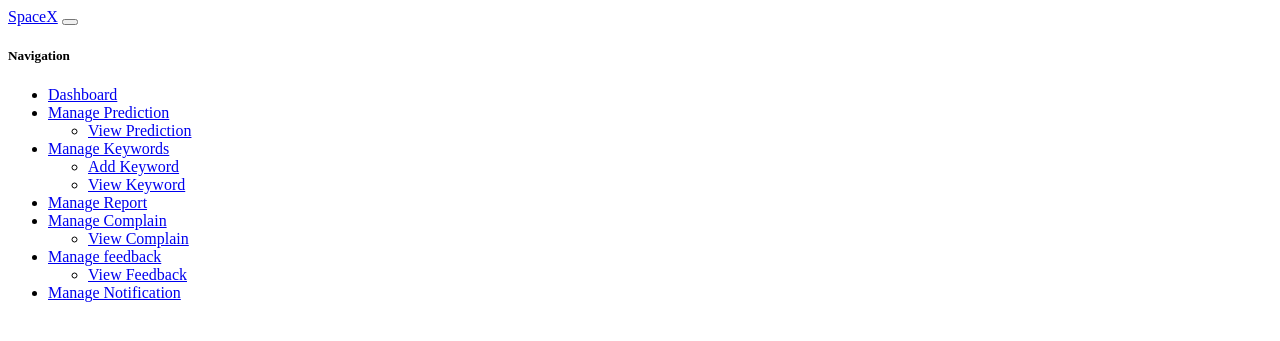
Repository: Dhyani99/Trend-Prediction
Page: http://localhost/tp/WEB-INF/view/user/menu.jsp
An editor plug-in stored every save of this project. The page is shown before and after the next save, followed by the edit.
The browser window is 1280 px wide. The pictures show the whole page.
The page is served by Tomcat 9. Nobody is signed in. The template is opened directly, without the code that normally fills it, so the values that code supplies are empty.

Above is the page before, as saved 2020-01-07 05:30:33.

After the next save:
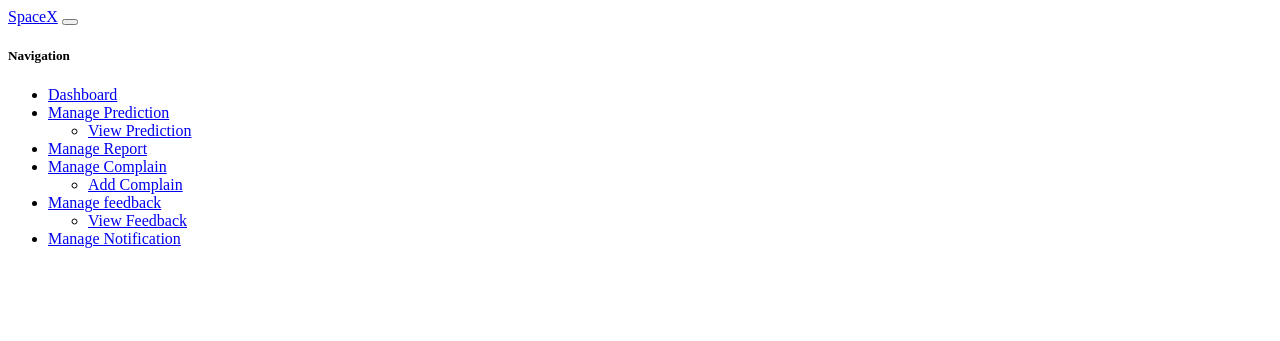
Saved 98 s later.
--- a/tp/src/main/webapp/WEB-INF/view/user/menu.jsp
+++ b/tp/src/main/webapp/WEB-INF/view/user/menu.jsp
@@ -64,24 +64,24 @@
 					</ul>
 				</li>
 
-				<li>
+				<!-- <li>
 					<a class="waves-effect parent-item js__control" href="#"><i class="menu-icon  ti-search"></i><span>Manage Keywords</span><span class="menu-arrow fa fa-angle-down"></span></a>
 					<ul class="sub-menu js__content">
 						<li><a href="loadKeyword">Add Keyword</a></li>
 						<li><a href="viewKeyword">View Keyword</a></li>
-						<!-- <li><a href="icons-material-icons.html">Material Design Icons</a></li>
+						<li><a href="icons-material-icons.html">Material Design Icons</a></li>
 						<li><a href="icons-material-design-iconic.html">Material Design Iconic Font</a></li>
-						<li><a href="icons-themify-icons.html">Themify Icons</a></li> -->
+						<li><a href="icons-themify-icons.html">Themify Icons</a></li>
 					</ul>
-					<!-- /.sub-menu js__content -->
-				</li>
+					/.sub-menu js__content
+				</li> -->
 				<li>
 					<a class="waves-effect" href="widgets.html"><i class="menu-icon  ti-clipboard"></i><span>Manage Report</span></a>
 				</li>
 				<li>
 					<a class="waves-effect parent-item js__control" href="#"><i class="menu-icon ti-headphone-alt"></i><span>Manage Complain</span><span class="menu-arrow fa fa-angle-down"></span></a>
 					<ul class="sub-menu js__content">
-						<li><a href="ui-buttons.html">View Complain</a></li>
+						<li><a href="ui-buttons.html">Add Complain</a></li>
 						<!-- <li><a href="ui-cards.html">Cards</a></li>
 						<li><a href="ui-checkbox-radio.html">Checkboxs-Radios</a></li>
 						<li><a href="ui-components.html">Components</a></li>
